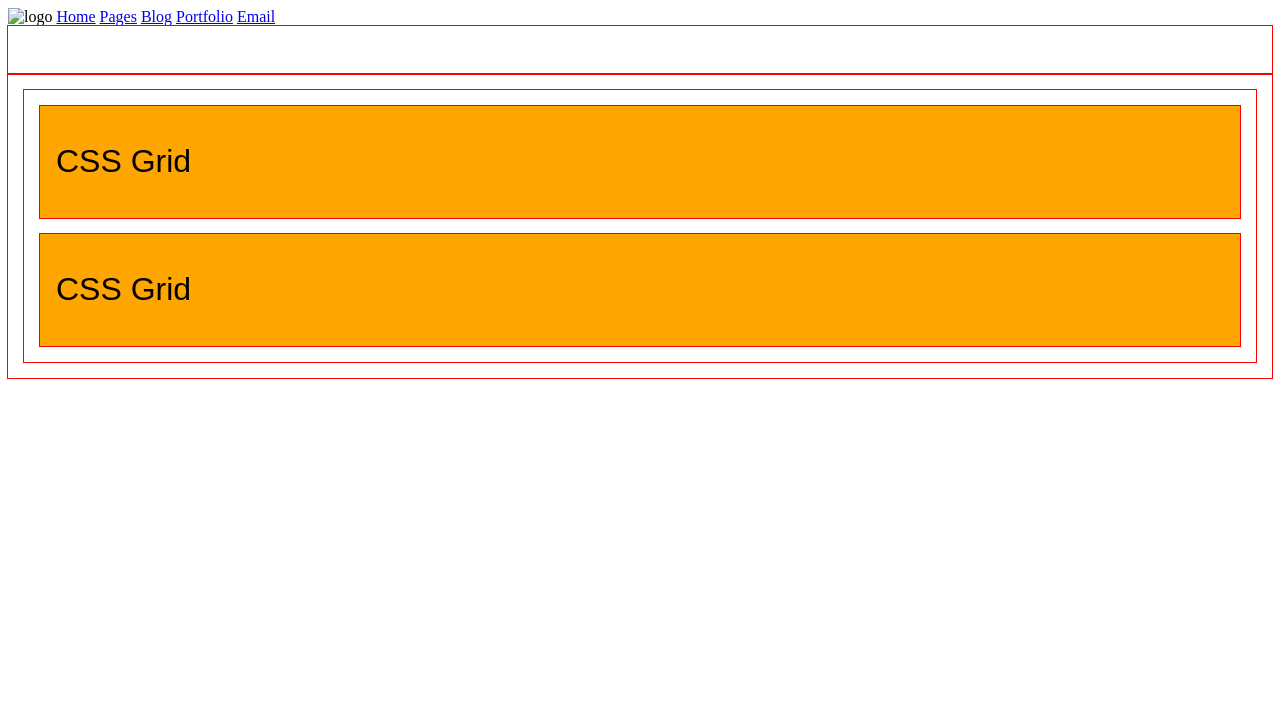
Repository: pjiang604/mdia2003-lab03b
Page: index.html
The author's editor kept a copy of each file at every save. The page is drawn from the files as they stood at one save, then again after the next save.
The browser window is 1280 px wide. The pictures show the whole page.

Above is the page before, as saved 2023-01-23 23:57:47.

After the next save:
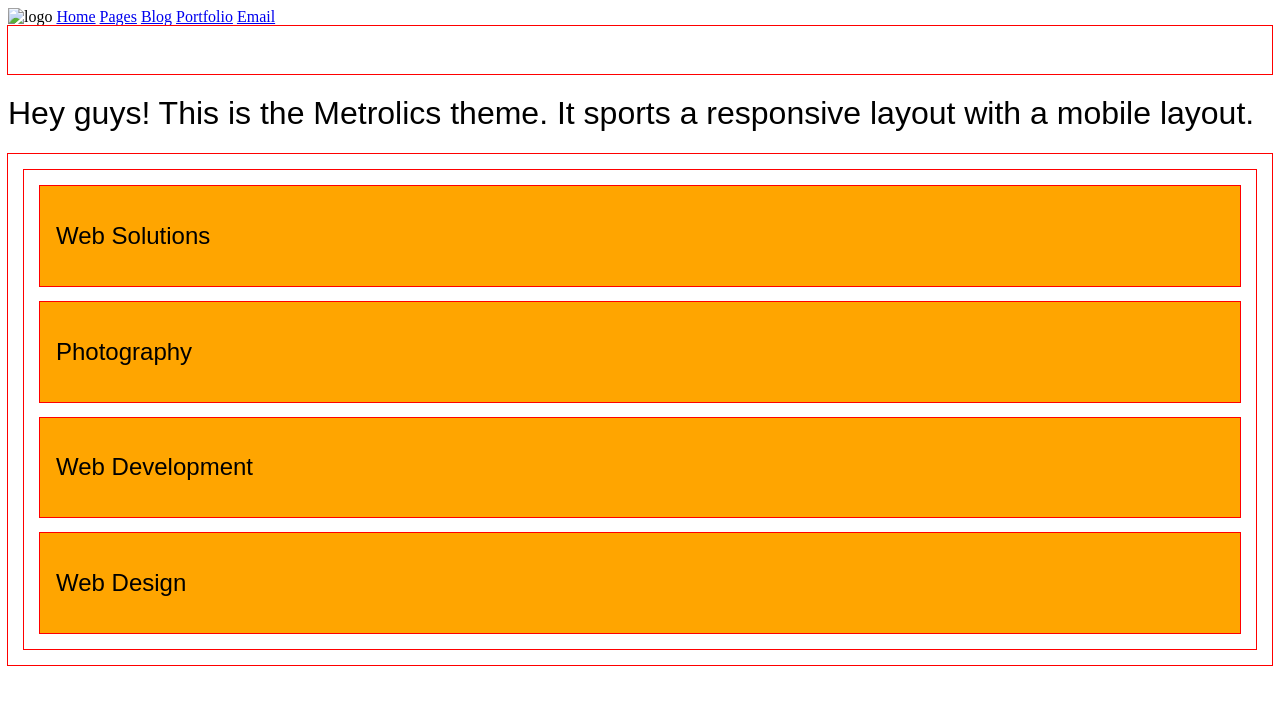
Saved 96 s later.
--- a/index.html
+++ b/index.html
@@ -20,13 +20,20 @@
 <div class="carousel">
 
 </div>
-<div class="">
+<h1>Hey guys! This is the Metrolics theme. It sports a responsive layout with a mobile layout.</h1>
+<div class="topRow">
     <div class="row">
         <div class="col">
-            <h1>CSS Grid</h1>
+            <h2>Web Solutions</h2>
         </div>
         <div class="col">
-            <h1>CSS Grid</h1>
+            <h2>Photography</h2>
+        </div>
+        <div class="col">
+            <h2>Web Development</h2>
+        </div>
+        <div class="col">
+            <h2>Web Design</h2>
         </div>
     </div>
 </div>
